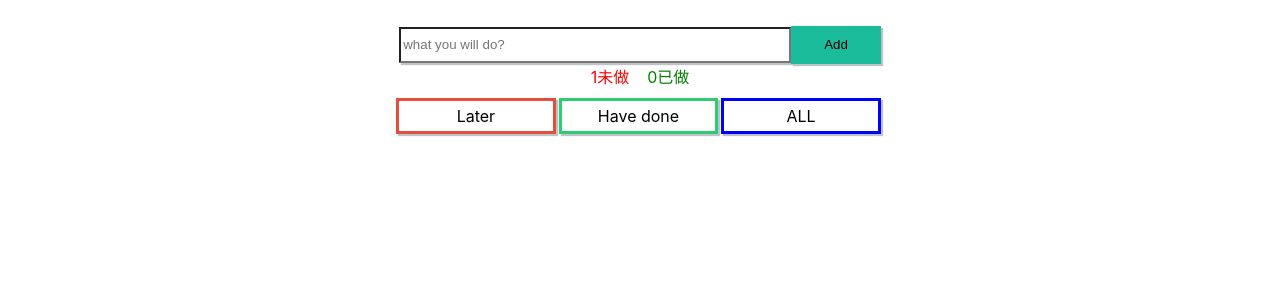
Repository: yurensmile/todolist
Page: /, after clicking the first element matching `button`
The author's editor kept a copy of each file at every save. The page is drawn from the files as they stood at one save, then again after the next save.
The browser window is 1280 px wide. The pictures show the whole page.
The project was rebuilt for these pictures with package versions that can differ from the ones it lists, and the page was loaded fresh each time. Also part of the build but not shown: src/All.js, src/HaveDone.js.

Above is the page before, as saved 2019-03-20 17:19:52.

### src/App.js
import React, { Component } from 'react';
import Todos from './Todos'
import './App.css';

class App extends Component {

  constructor() {
    super();
    this.state={
      inputValue: '',
      laters: [],
      havedones: [],
      checked: false,
      id: 1
    };
    this.updateHavedone = this.updateHavedone.bind(this);
    this.updateLaters = this.updateLaters.bind(this);
  }

  handleOnClick() {
    this.setState(state =>{
      const laters = state.laters.concat(state.inputValue);

      return {
        laters,
        inputValue: ""
      }
    })
    console.log(this.state.all);
  }
  updateInputValue(e) {
    this.setState({
      inputValue: e.target.value
    })
  }

// 点击了三栏内容
  contentOnclick(e) {
    let choice = e.target.innerHTML;
    this.setState((preState)=>{
      switch(choice){
        case "Later": return {id: 1};
        case "Have done": return {id: 2};
        case "ALL": return {id: 3};
        default: return {id:1};
      }
    })
  }

 // 如果todo中的某个被点击，则在todo中删除，并添加到havedone中
  updateHavedone(index, item){
    this.setState(state => {
      let n = state.laters.indexOf(item);
      let tem = state.laters.slice();
      tem.splice(n, 1);
      let havedones = state.havedones.concat(item);
      return ({
        havedones,
        laters: tem
      })
    })
  }

// 如果havedone中的某个被点击，则在havedone中删除，并添加到later中
  updateLaters(index, item){
    console.log("this is updatelaters");
    this.setState(state => {
      let n = state.havedones.indexOf(item);
      let tem = state.havedones.slice();
      tem.splice(n, 1);
      let laters = state.laters.concat(item);
      return({
        laters,
        havedones: tem
      })
    })
  }

  render() {
    return (
      <div className="App">
        <input type="text" placeholder="what you will do?" name="todo" value={this.state.inputValue} onChange={this.updateInputValue.bind(this)}/>
        <button onClick={this.handleOnClick.bind(this)}>Add</button><br/>
        <span style={{color: "red"}}>{this.state.laters.length}未做&nbsp;&nbsp;&nbsp;&nbsp;</span>
        <span style={{color: "green"}}>{this.state.havedones.length}已做</span>
        <div id="content" onClick={this.contentOnclick.bind(this)}>
          <div className="choice later">Later</div>
          <div className="choice havedone" >Have done</div>
          <div className="choice all">ALL</div>
        </div>
        {/* 列表内容 */}
        <Todos
          id={this.state.id}
          laters={this.state.laters}
          havedones={this.state.havedones}
          all={this.state.all}
          updateHavedones={this.updateHavedone}
          updateLaters={this.updateLaters}
        />
      </div>
    );
  }
}

export default App;

### src/Todos.js
import React, { Component } from 'react';
import All from './All'
import HaveDone from './HaveDone'
import Later from './Later'

class Todos extends Component{

  render(){
    return(
      <div>
        {
          (()=>{
            switch(this.props.id){
              case 1: return <Later laters={this.props.laters}
                                  updateHavedones={this.props.updateHavedones}
                                  />;
              case 2: return <HaveDone havedones={this.props.havedones}
                                  updateLaters={this.props.updateLaters}
                                  />;
              case 3: return <All laters={this.props.laters} havedones={this.props.havedones}/>
              default: console.log("sofunny");
            }

          })()}
      </div>
    )
  }
}
export default Todos;

### src/App.css
.App {
  margin-top: 2%;
  text-align: center;
}

input[type="checkbox"]{
  visibility: hidden;
}

ul{
  list-style-type: none;
}
li{
  display: inline-block;
  width: 100px;
  height: 40px;
  line-height: 30px;
  height: 30px;
  margin-bottom: 4px;
}
.choice{
  margin-top: 10px;
  margin-right: 3px;
  box-shadow: 2px 2px 1px rgba(189, 195, 199,1.0);
  display: inline-block;
  width: 12%;
  height: 30px;
  text-align: center;
  line-height: 30px;
  border:3px solid rgb(197, 193, 193);
}
.later{
  /* border-color: red; */
  border-color: rgba(231, 76, 60,1.0);
}
.havedone{
  /* border-color: green; */
  border-color: rgba(46, 204, 113,1.0);
}
.all{
  border-color: blue;
}

.toggle{
  display: inline-block;
}
.App-link {
  color: #61dafb;
}
input[type="text" ]{
  width: 30%;
  height: 30px;
  box-shadow: 2px 2px 1px rgba(189, 195, 199,1.0);
}

button{
  background-color: rgba(26, 188, 156,1.0);
  border: 0px;
  width: 7%;
  height: 38px;
  box-shadow: 2px 2px 1px rgba(189, 195, 199,1.0);
}

#content{
  margin-left: auto;
  margin-right: auto;

}

### src/Later.js
import React, { Component } from 'react';

class Later extends Component{
  constructor(props){
    super(props);
    this.state = {
      checked: false,
    };
  }

  // 点击了todo 列表的内容
  handleTodoOnclick(checked, index, item, e){
    // if e.target is not text
        // let box = e.target.previousSibling;
        this.setState((preState)=>{
          return {checked: !preState.checked}
        });
        if(checked){
          // thing to later
          // box.checked = false;
        }else{
          // thing to have done
          // box.checked = true;
  //如果later中的某个被点击，则在later中删除，并添加到havedone中
          this.props.updateHavedones(index, item);
        }
      }
  render(){
    return (
      <ul>
        {this.props.laters.map((item, index)=>{
          return (
            <div onClick={
              this.handleTodoOnclick.bind(this, this.state.checked, index, item)
              }>
              <input className="toggle" type="checkbox"/>
              <li style={{color: "red"}} key={index}>{item}</li>
            </div>
          )
        })}
      </ul>
    )
  }
}

export default Later;

Loaded but not shown: public/index.html (common file); src/index.js (common file); src/index.css (common file); src/serviceWorker.js (common file)

After the next save:
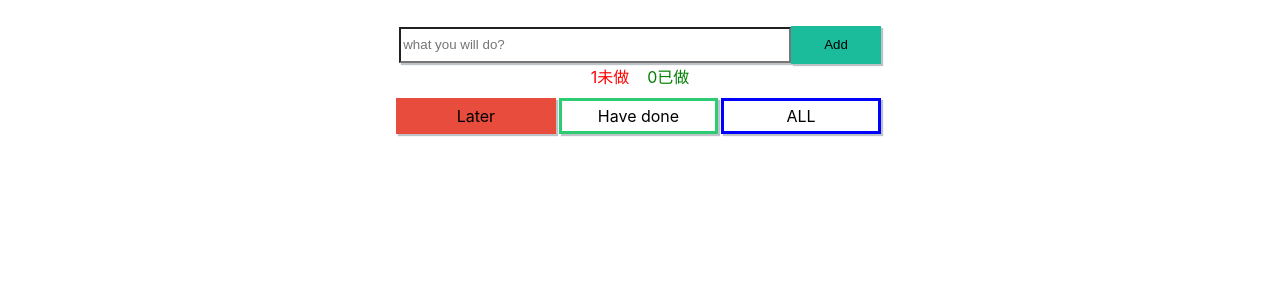
Saved 58 s later.
--- a/src/App.css
+++ b/src/App.css
@@ -31,6 +31,7 @@ li{
 }
 .later{
   /* border-color: red; */
+  background-color: rgba(231, 76, 60,1.0);
   border-color: rgba(231, 76, 60,1.0);
 }
 .havedone{
